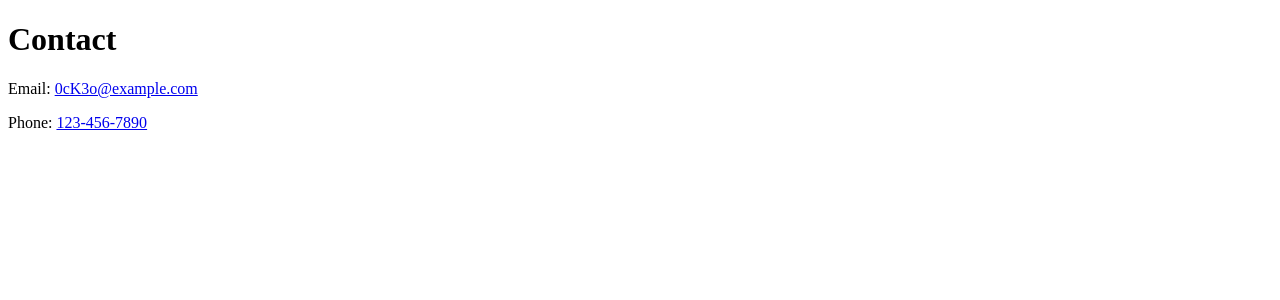
Repository: haiqalfawaz/Kelompok-3-Assignment-day-23
Page: contact.html
These files come from the project's save history. The page is drawn as it stood at one moment and after the next save; the edit follows.
The browser window is 1280 px wide. The pictures show the whole page.

Above is the page before, as saved 2024-11-19 12:00:51.

After the next save:
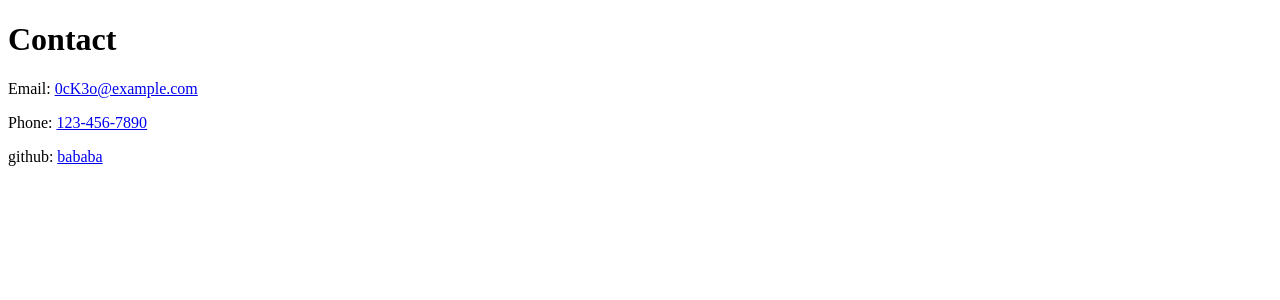
Saved 2 min 5 s later.
--- a/contact.html
+++ b/contact.html
@@ -9,5 +9,6 @@
     <h1>Contact</h1>
     <p>Email: <a href="mailto:0cK3o@example.com">0cK3o@example.com</a></p>
     <p>Phone: <a href="tel:+1234567890">123-456-7890</a></p>
+    <p>github: <a href="https://github.com/username">bababa</a></p>
   </body>
 </html>
